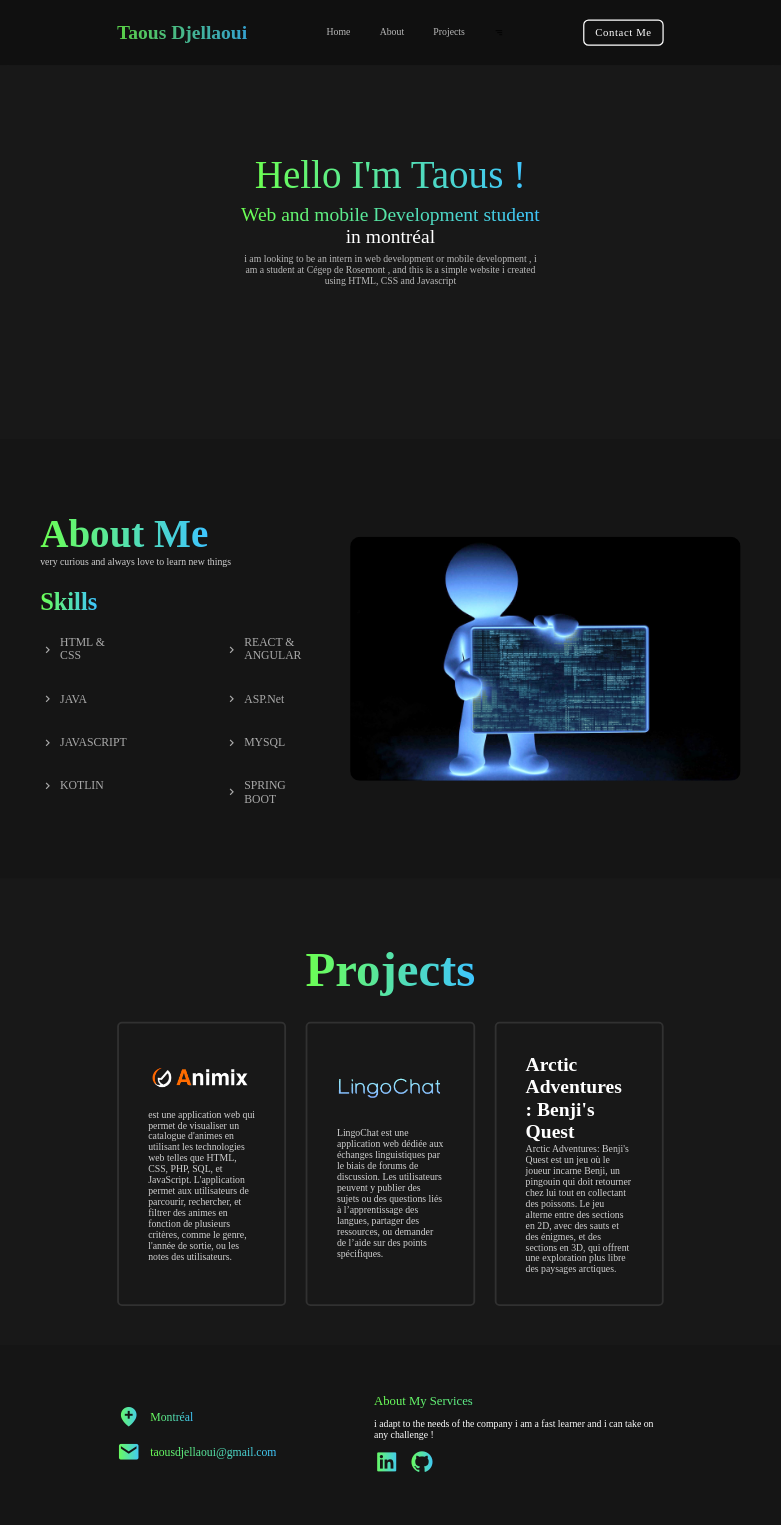
Repository: taousdjellaoui/portfolio-
Page: index.html
An editor plug-in stored every save of this project. The page is shown before and after the next save, followed by the edit.
The browser window is 1280 px wide. The pictures show the whole page, at 61% of full size.

Above is the page before, as saved 2024-10-09 20:55:27.

After the next save:
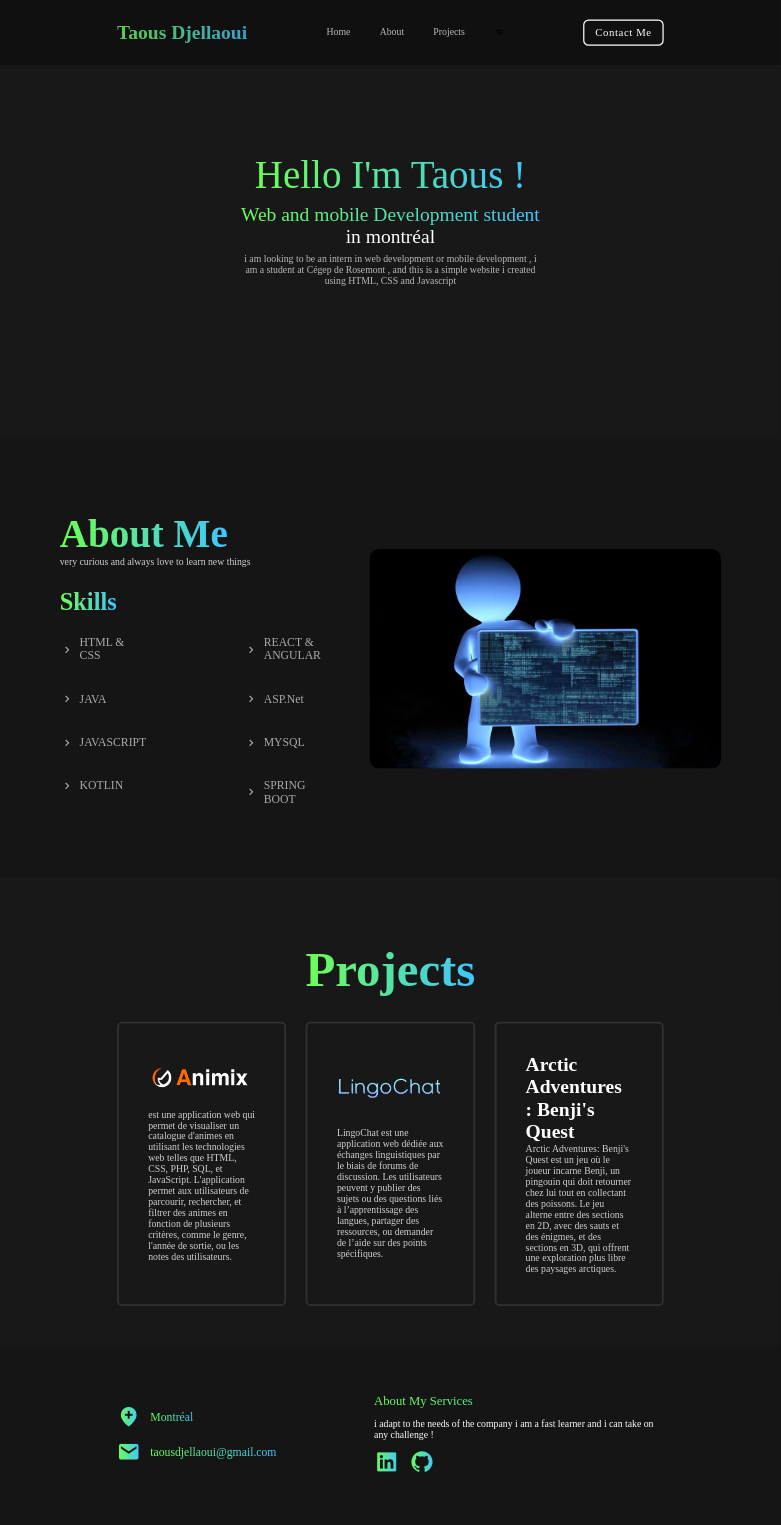
Saved 21 s later.
--- a/css/style.css
+++ b/css/style.css
@@ -148,7 +148,7 @@
 
 }
 #about img{
-  width: 50vw;
+  width: 45vw;
   border-radius:1em;
 
 }
